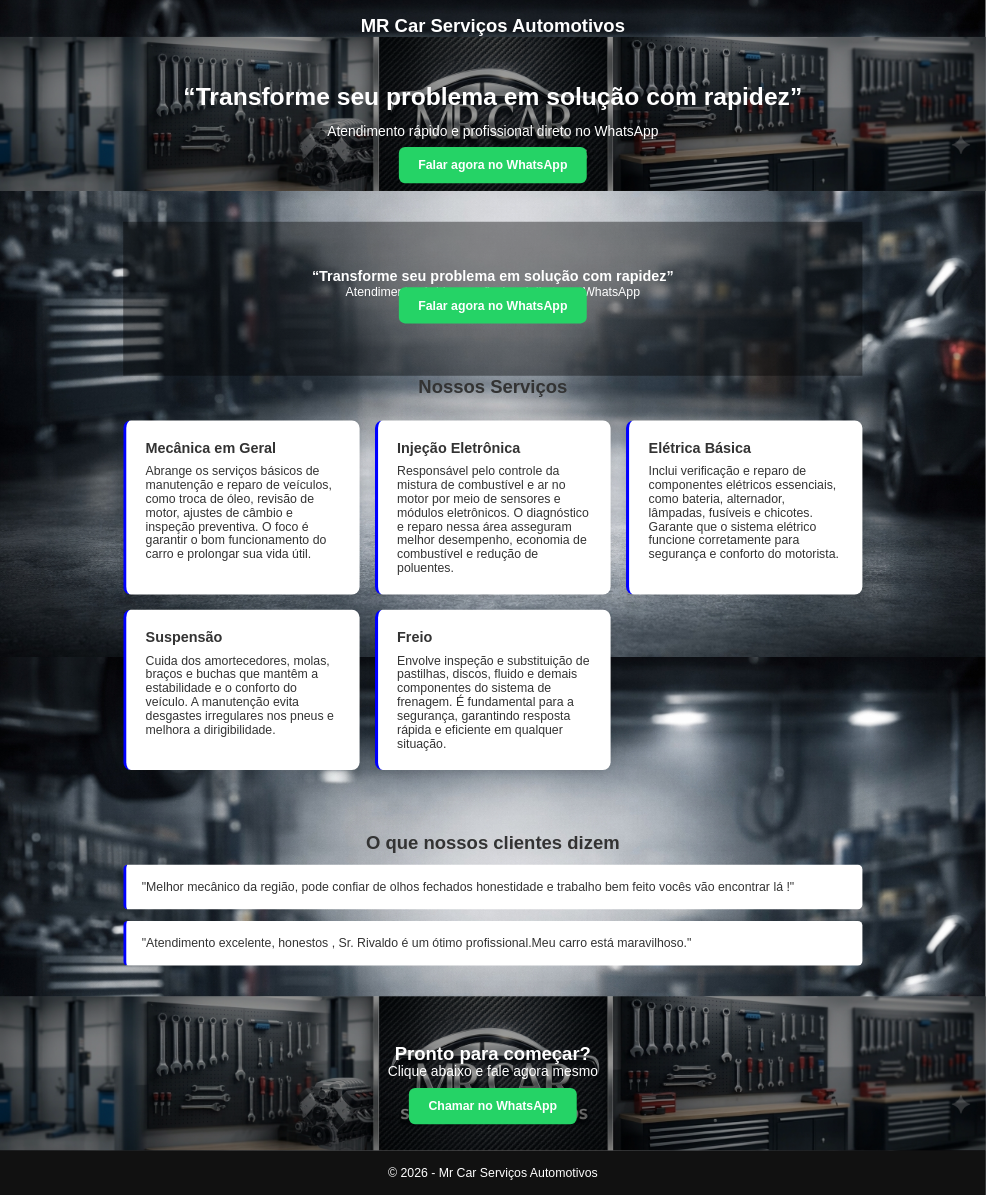
Repository: templaterj1991-Luiz/Main
Page: Template/index.html
These files come from the project's save history. The page is drawn as it stood at one moment and after the next save; the edit follows.
The browser window is 1280 px wide. The pictures show the whole page, at 77% of full size.
Backgrounds fixed to the window are drawn as part of the page.

Above is the page before, as saved 2026-06-06 13:58:04.

### Template/index.html
<!DOCTYPE html>
<html lang="pt-BR">

<head>
    <meta charset="UTF-8">
    <meta name="viewport" content="width=device-width, initial-scale=1.0">
    <title>Mr Car Serviços Automotivos</title>
    <style>
        * {
            margin: 0;
            padding: 0;
            box-sizing: border-box;
            font-family: 'Arial', sans-serif;
        }

        body {
            background-image: url(../Template/assests/image_17807634293247997762059382456069.jpeg);
            background-position: center center;
            background-repeat: no-repeat;
            background-size: cover;
            background-attachment: fixed;
            min-height: 100vh;
            color: #333;
        }

        header {
            background: transparent;
            color: #fff;
            padding: 20px 20px 0 20px;
            text-align: center;
        }
        .hero1 {
            padding: 60px 20px;
            height: 200px;
            text-align: center;

            background-position: center center;
            background-repeat: no-repeat;
            background-size: cover;
            color: white;
            box-shadow: inset 0 0 0 2000px rgba(0, 0, 0, 0.4);
        }

        .hero {
            padding: 60px 20px;
            height: 200px;
            text-align: center;
            background-image: url(../Template/assests/Gemini_Generated_Image_hhrxh3hhrxh3hhrx.png);
            background-position: center center;
            background-repeat: no-repeat;
            background-size: cover;
            color: white;
            box-shadow: inset 0 0 0 2000px rgba(0, 0, 0, 0.4);
        }

        .hero h1 {
            font-size: 32px;
            margin-bottom: 15px;
        }

        .hero p {
            font-size: 18px;
            margin-bottom: 25px;
        }

        .btn {
            background: #25D366;
            color: white;
            padding: 15px 25px;
            border-radius: 8px;
            text-decoration: none;
            font-weight: bold;
            transition: 0.3s;
        }

        .btn:hover {
            background: #1ebe5d;
        }

        .container {
            max-width: 1000px;
            margin: auto;
            padding: 40px 20px;
        }

        .grid {
            display: grid;
            grid-template-columns: repeat(auto-fit, minmax(250px, 1fr));
            gap: 20px;
        }

        .card {
            background: white;
            padding: 25px;
            border-radius: 10px;
            box-shadow: 0 4px 10px rgba(0, 0, 0, 0.08);
            border-left: 4px solid blue;
        }

        .card h3 {
            margin-bottom: 10px;
        }

        .testimonial {
            background: #fff;
            padding: 20px;
            border-left: 4px solid blue;
            margin-top: 15px;
            border-radius: 6px;
        }

        footer {
            text-align: center;
            padding: 20px;
            background: #111;
            color: white;

        }
    </style>
</head>

<body>
    <header>
        <h2>MR Car Serviços Automotivos</h2>
    </header>
    <section class="hero">
        <h1>“Transforme seu problema em solução com rapidez”</h1>
        <p>Atendimento rápido e profissional direto no WhatsApp</p> <a class="btn" href="https://wa.me/5521983543090"
            target="_blank"> Falar agora no WhatsApp </a>
    </section>
    <section class="container">
        <section class="hero1">
        <h1>“Transforme seu problema em solução com rapidez”</h1>
        <p>Atendimento rápido e profissional direto no WhatsApp</p> <a class="btn" href="https://wa.me/5521983543090"
            target="_blank"> Falar agora no WhatsApp </a>
    </section>
        <h2 style="text-align:center; margin-bottom:30px;">Nossos Serviços</h2>
        <div class="grid">
            <div class="card">
                <h3>Mecânica em Geral</h3>
                <p>Abrange os serviços básicos de manutenção e reparo de veículos, como troca de óleo, revisão de motor,
                    ajustes de câmbio e inspeção preventiva. O foco é garantir o bom funcionamento do carro e prolongar
                    sua vida útil.</p>
            </div>
            <div class="card">
                <h3>Injeção Eletrônica </h3>
                <p>Responsável pelo controle da mistura de combustível e ar no motor por meio de sensores e módulos
                    eletrônicos. O diagnóstico e reparo nessa área asseguram melhor desempenho, economia de combustível
                    e redução de poluentes.</p>
            </div>
            <div class="card">
                <h3>Elétrica Básica</h3>
                <p>Inclui verificação e reparo de componentes elétricos essenciais, como bateria, alternador, lâmpadas,
                    fusíveis e chicotes. Garante que o sistema elétrico funcione corretamente para segurança e conforto
                    do motorista.</p>
            </div>
            <div class="card">
                <h3>Suspensão</h3>
                <p>Cuida dos amortecedores, molas, braços e buchas que mantêm a estabilidade e o conforto do veículo. A
                    manutenção evita desgastes irregulares nos pneus e melhora a dirigibilidade.</p>
            </div>
            <div class="card">
                <h3>Freio</h3>
                <p>Envolve inspeção e substituição de pastilhas, discos, fluido e demais componentes do sistema de
                    frenagem. É fundamental para a segurança, garantindo resposta rápida e eficiente em qualquer
                    situação.</p>
            </div>
        </div>
    </section>
    <section class="container">
        <h2 style="text-align:center;">O que nossos clientes dizem</h2>
        <div class="testimonial"> "Melhor mecânico da região, pode confiar de olhos fechados honestidade e trabalho bem
            feito vocês vão encontrar lá !" </div>
        <div class="testimonial"> "Atendimento excelente, honestos , Sr. Rivaldo é um ótimo profissional.Meu carro está
            maravilhoso." </div>
    </section>
    <section class="hero">
        <h2>Pronto para começar?</h2>
        <p>Clique abaixo e fale agora mesmo</p> <a class="btn" href="https://wa.me/5521983543090" target="_blank">
            Chamar no
            WhatsApp </a>
    </section>
    <footer>
        <p>© 2026 - Mr Car Serviços Automotivos</p>
    </footer>
</body>

</html>

After the next save:
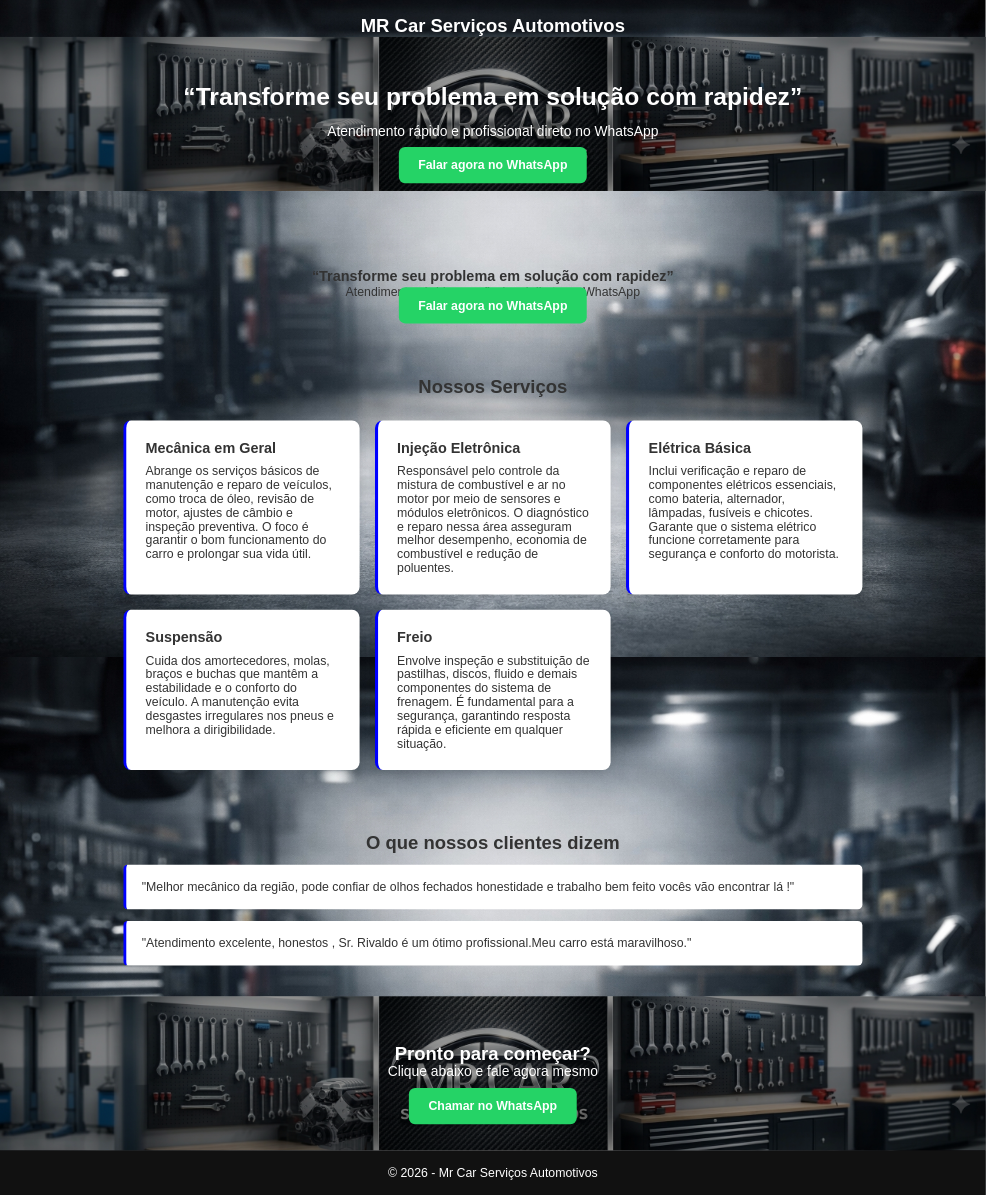
Saved 8 s later.
--- a/Template/index.html
+++ b/Template/index.html
@@ -33,12 +33,6 @@
             padding: 60px 20px;
             height: 200px;
             text-align: center;
-
-            background-position: center center;
-            background-repeat: no-repeat;
-            background-size: cover;
-            color: white;
-            box-shadow: inset 0 0 0 2000px rgba(0, 0, 0, 0.4);
         }
 
         .hero {

After the save that followed:
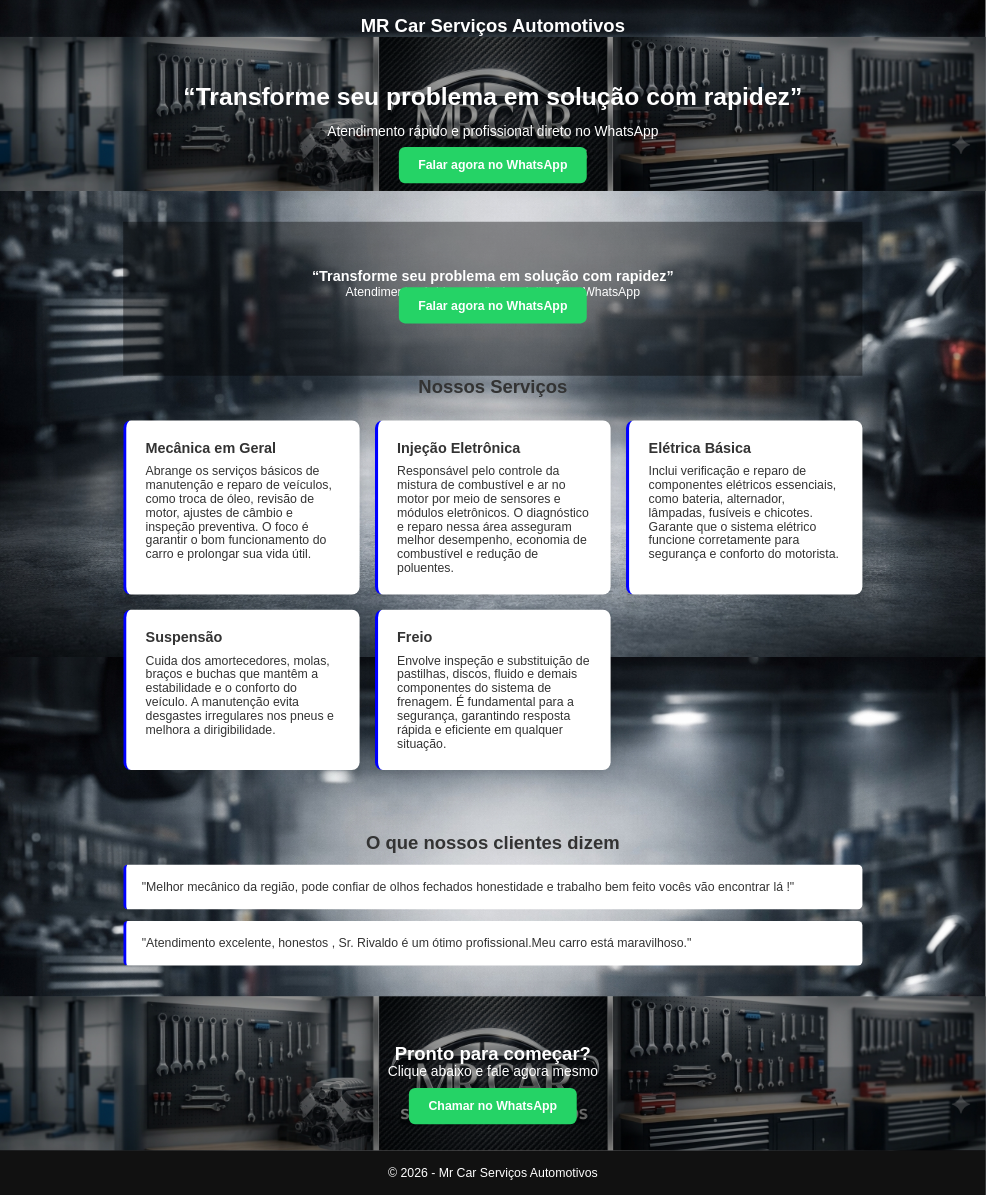
Saved 12 s later.
--- a/Template/index.html
+++ b/Template/index.html
@@ -33,6 +33,12 @@
             padding: 60px 20px;
             height: 200px;
             text-align: center;
+
+            background-position: center center;
+            background-repeat: no-repeat;
+            background-size: cover;
+            color: white;
+            box-shadow: inset 0 0 0 2000px rgba(0, 0, 0, 0.4);
         }
 
         .hero {
